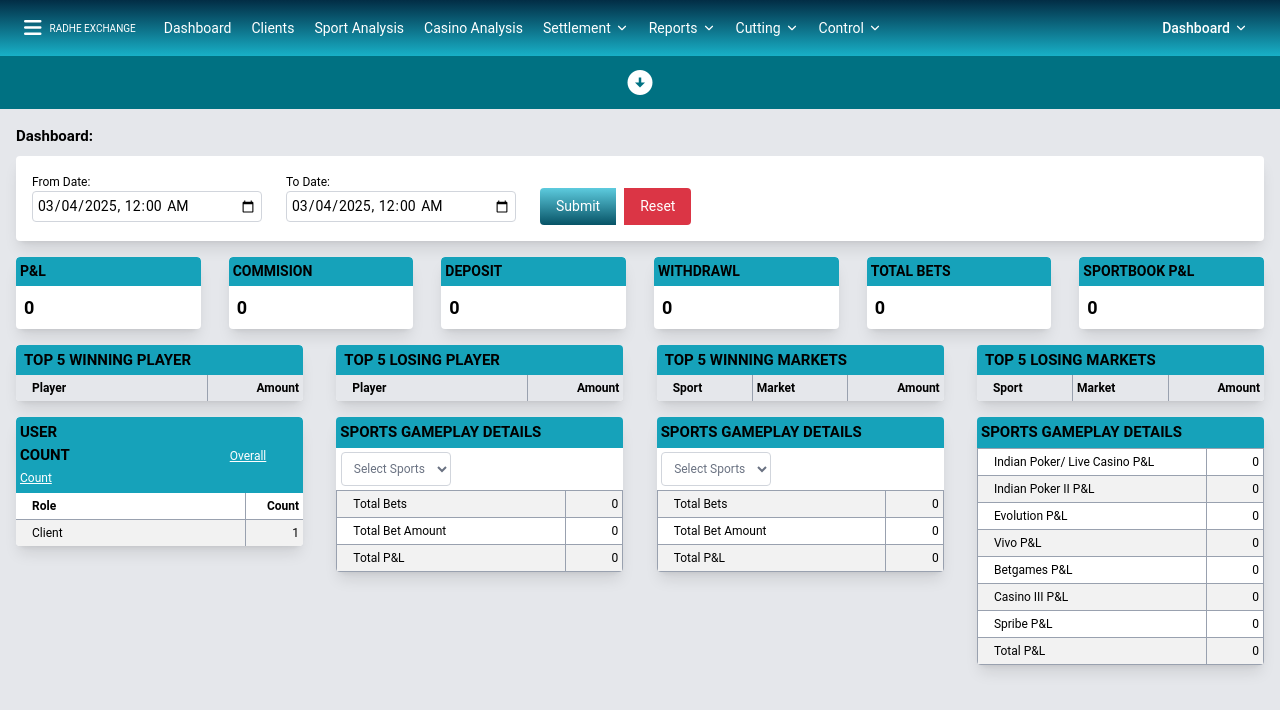
Repository: Habeebur1493/Radhe-Exchange
Page: /dashboard (app in frontend/)
These files come from the project's save history. The page is drawn as it stood at one moment and after the next save; the edit follows.
The browser window is 1280 px wide. The pictures show the whole page.
Some web libraries are served in a nearby version. The project was rebuilt for these pictures with package versions that can differ from the ones it lists, and the page was loaded fresh each time. Also part of the build but not shown: frontend/vite.config.js, frontend/src/components/login.jsx, frontend/src/components/Register.jsx.

Above is the page before, as saved 2025-03-05 11:18:00.

After the next save:
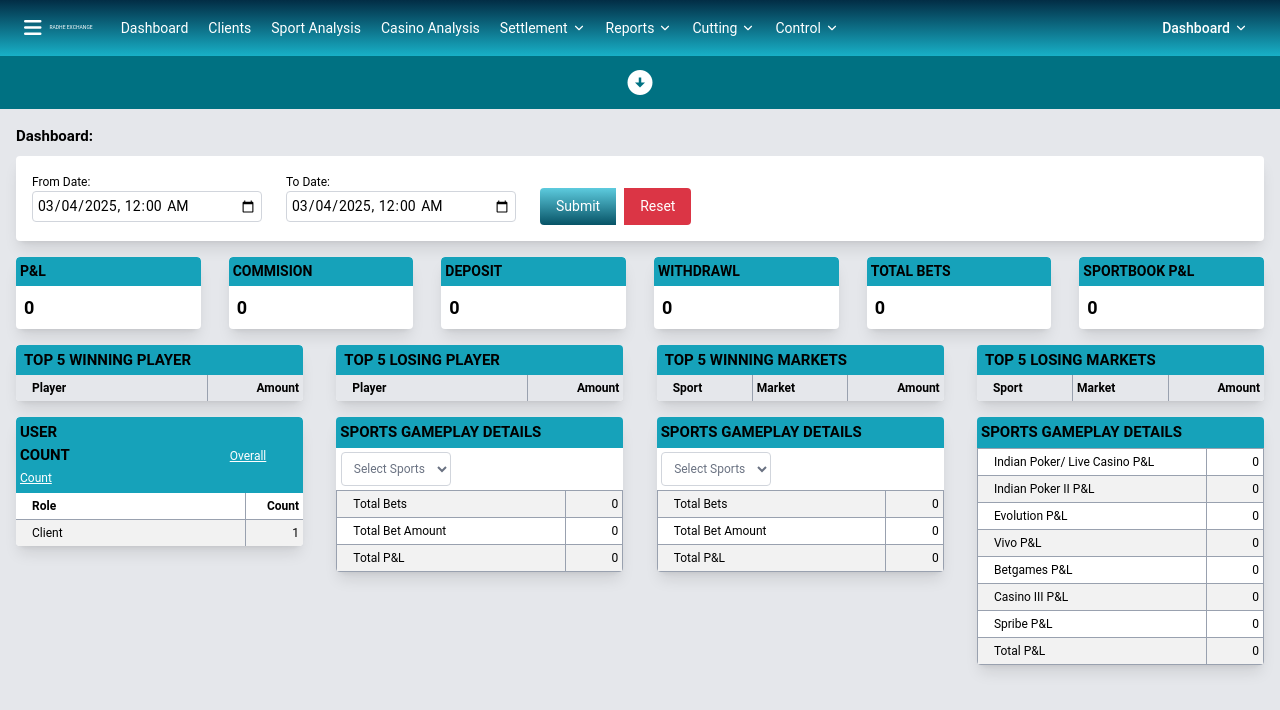
Saved 47 s later.
--- a/frontend/src/components/dashboard.jsx
+++ b/frontend/src/components/dashboard.jsx
@@ -12,7 +12,7 @@ const Dashboard = () => {
       {/* Navbar */}
       <nav className="bg-[--primary-background] text-white flex items-center h-14 px-4 shadow-md">
   <Sidebar />
-  <h1 className="sm:text-[10px]">RADHE EXCHANGE</h1>
+  <h1 className="sm:text-[5px]">RADHE EXCHANGE</h1>
   {/* Navbar Links (Now Closer to H1) */}
   <div className="ml-6 flex items-center">
     <ul className="hidden md:flex space-x-3">
